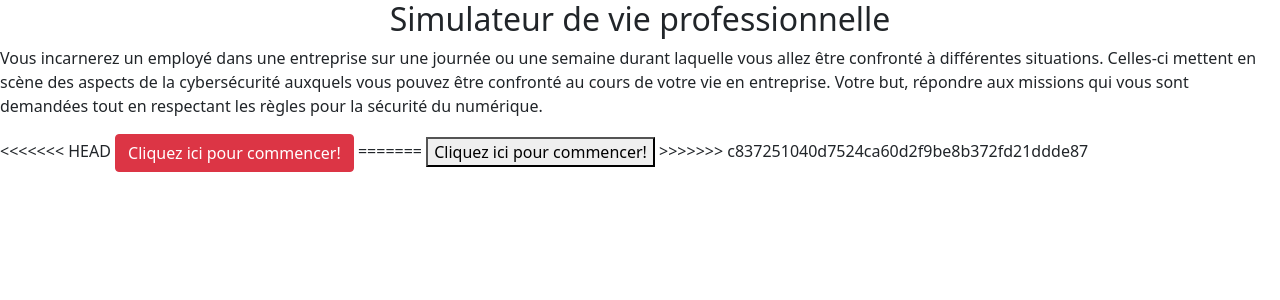
Repository: Geleetz/Workshop-I1-EPSI
Page: http://localhost/
An editor plug-in stored every save of this project. The page is shown before and after the next save, followed by the edit.
The browser window is 1280 px wide. The pictures show the whole page.
The page is run by PHP 8.4 with error messages shown; the project is at /var/www/html/.

Above is the page before, as saved 2021-09-28 10:42:56.

After the next save:
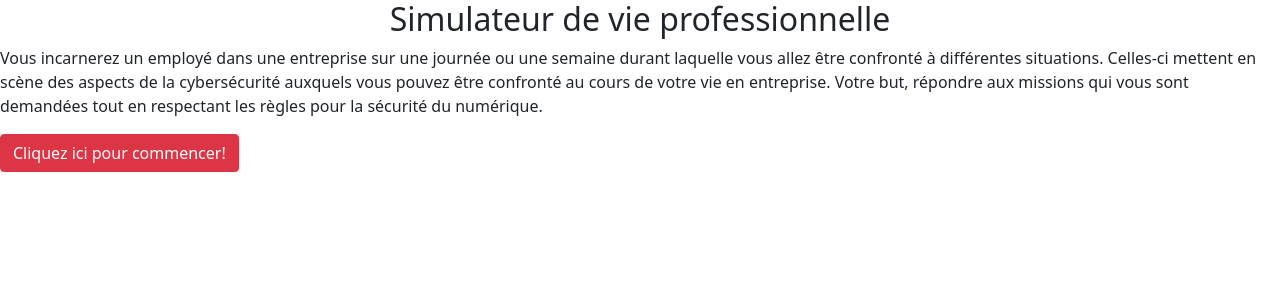
Saved 22 s later.
--- a/index.php
+++ b/index.php
@@ -19,11 +19,7 @@
     la sécurité du numérique.</p>
   <form>
     <!--type="submit" formaction="https://fr.w3docs.com/"-->
-<<<<<<< HEAD
       <button type="button" class="btn btn-danger">Cliquez ici pour commencer!</button>
-=======
-    <button >Cliquez ici pour commencer!</button>
->>>>>>> c837251040d7524ca60d2f9be8b372fd21ddde87
   </form>
 </body>
 <!-- Ajout des librairies JS -->
